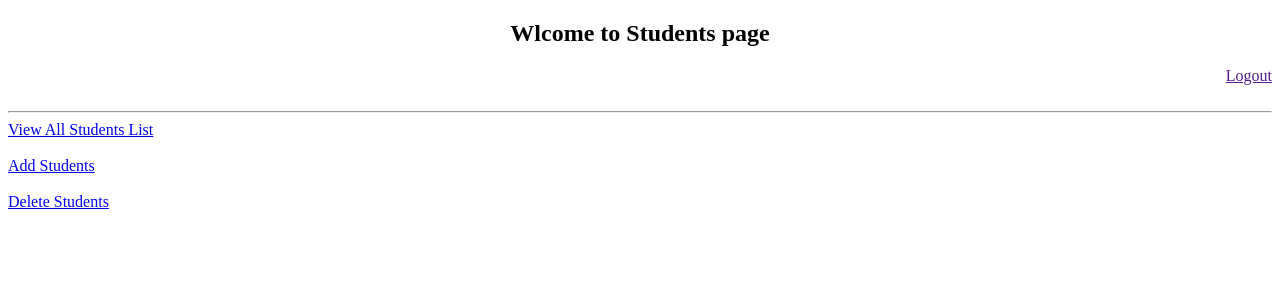
Repository: mdzeyan/JavaFSD-phase2-project
Page: Learners_Academy/src/main/webapp/Students.html
These files come from the project's save history. The page is drawn as it stood at one moment and after the next save; the edit follows.
The browser window is 1280 px wide. The pictures show the whole page.

Above is the page before, as saved 2022-03-29 09:39:39.

After the next save:
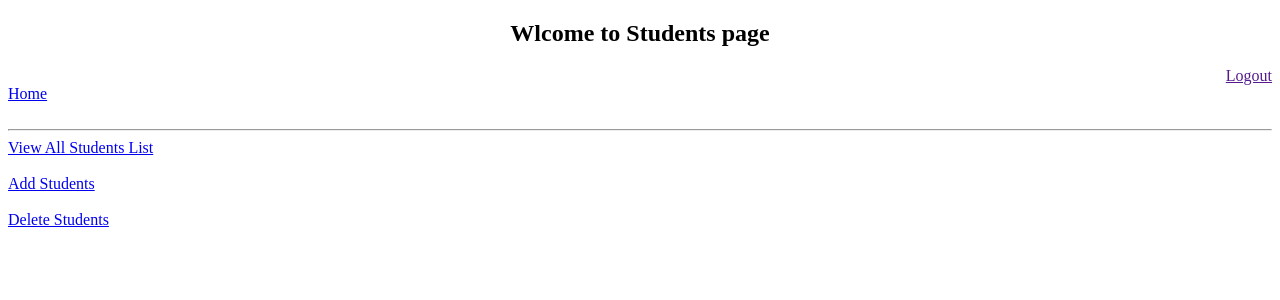
Saved 83 min 30 s later.
--- a/Learners_Academy/src/main/webapp/Students.html
+++ b/Learners_Academy/src/main/webapp/Students.html
@@ -8,6 +8,7 @@
 
 	<h2 align="center">Wlcome to Students page</h2>
 	<div align="right"><a href="">Logout</a></div>
+	<div align="left"><a href="AdminHome.html">Home</a></div>
 	<br>
 	<hr></hr>
 	<a href="ViewStudentList.html">View All Students List</a>
